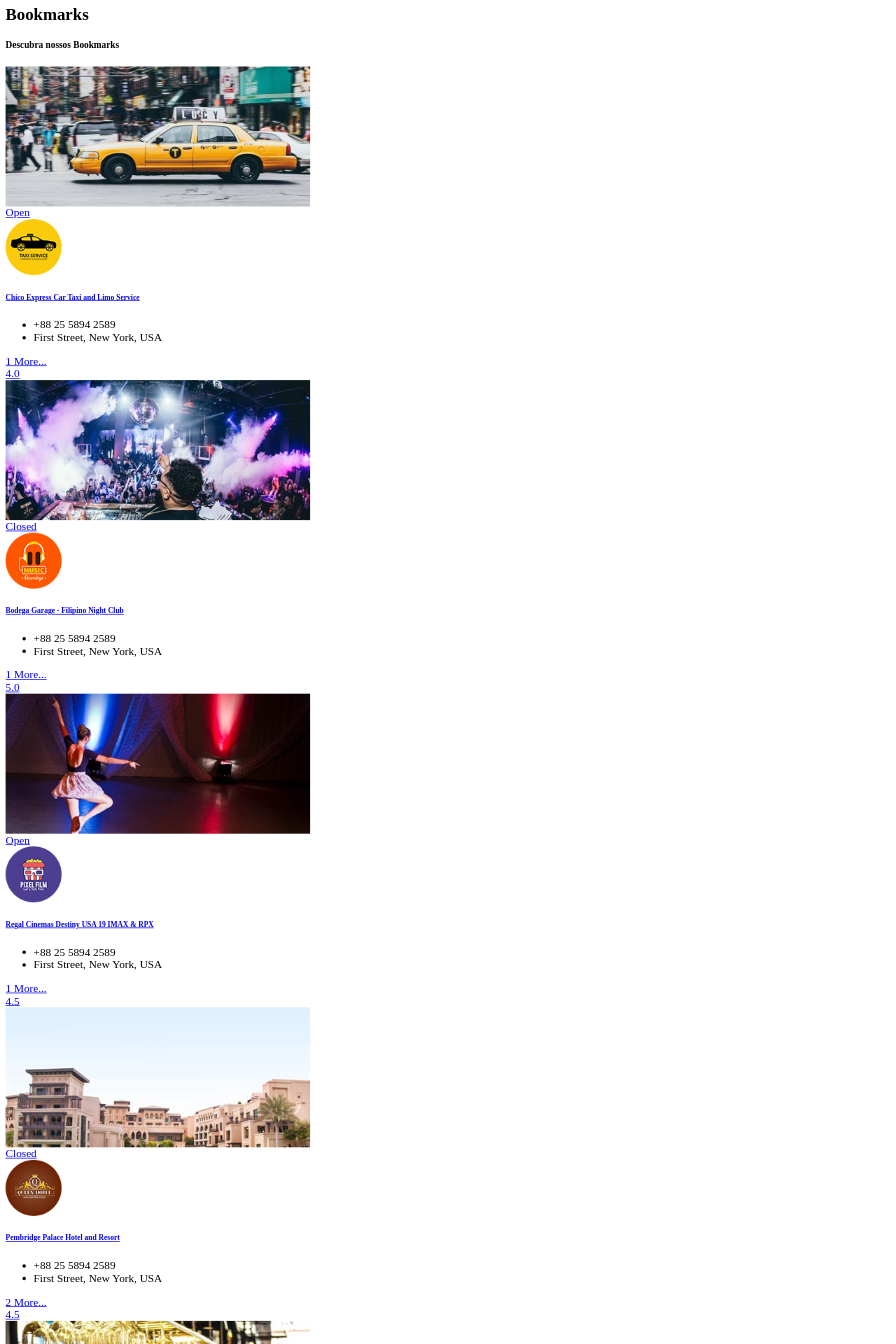
Repository: mateusfln/Finder
Page: http://localhost/tmp/plugins/Site/templates/element/bookmarkCard.php
The author's editor kept a copy of each file at every save. The page is drawn from the files as they stood at one save, then again after the next save.
The browser window is 1280 px wide. The pictures show the part of the page from y = 0 to 1920 px (the page is 2791 px tall before and 2343 px after), at 70% of full size.
The page is run by PHP 8.4 with error messages shown; the project is at /var/www/html/.

Above is the page before, as saved 2024-02-12 14:00:59.

After the next save:
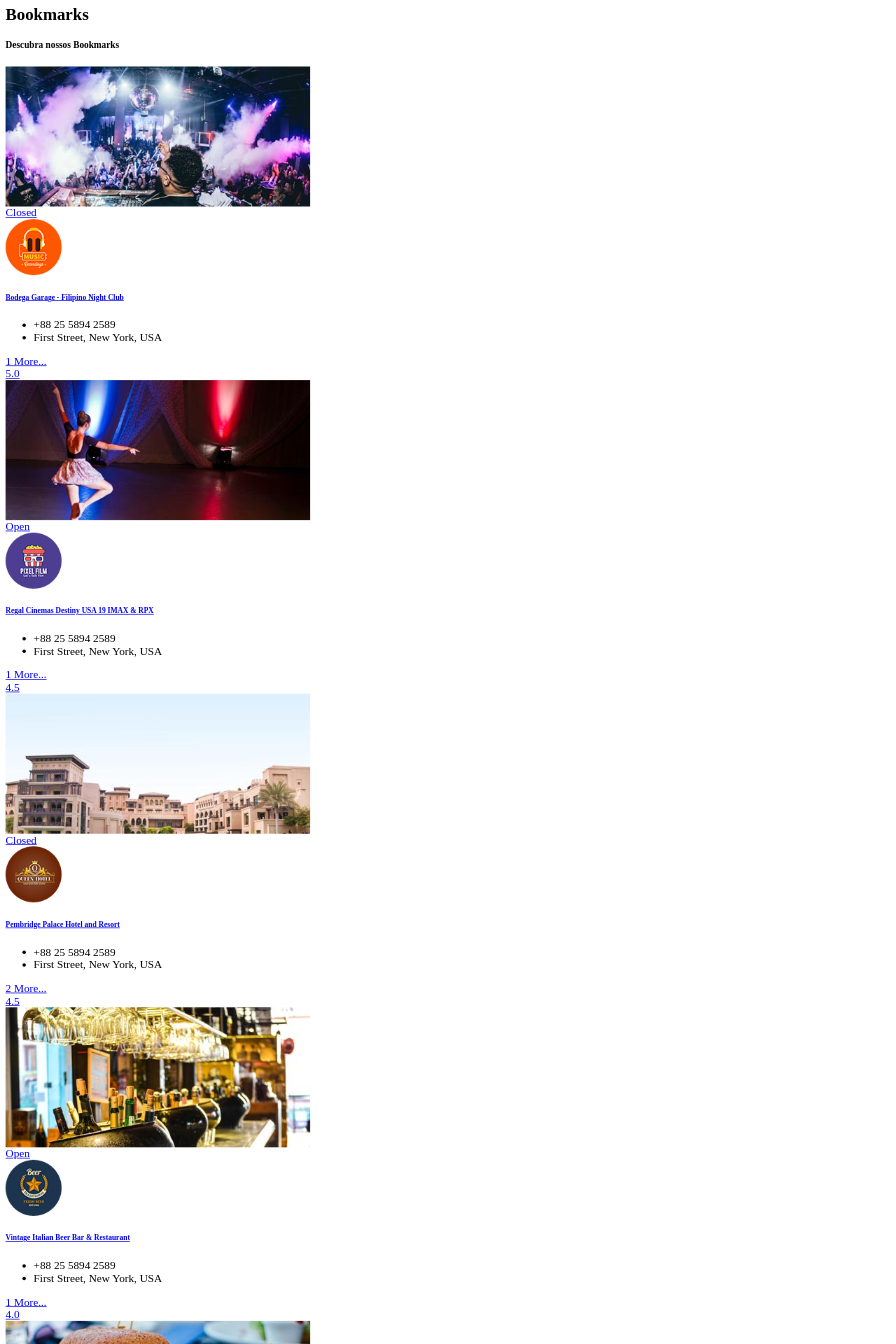
Saved 52 s later.
--- a/plugins/Site/templates/element/bookmarkCard.php
+++ b/plugins/Site/templates/element/bookmarkCard.php
@@ -13,39 +13,7 @@
             <div class="container-fluid px-0">
                 <div class="fullwidth-carousel-container center slider">
                     <div>
-                        <div class="card lis-brd-light text-center text-lg-left">
-                            <a href="#">
-                                <div class="lis-grediant grediant-tb-light2 lis-relative modImage rounded-top">
-                                    <img src="/images/img1.jpg" alt="" class="img-fluid rounded-top w-100" />
-                                </div>
-                                <div class="lis-absolute lis-right-20 lis-top-20">
-                                    <div class="lis-post-meta border border-white text-white rounded lis-f-14">Open</div>
-                                </div>
-                            </a>
-                            <div class="card-body pt-0">
-                                <div class="media d-block d-lg-flex lis-relative">
-                                    <img src="/images/card-logo.png" alt="" class="lis-mt-minus-15 img-fluid d-lg-flex mx-auto mr-lg-3 mb-4 mb-lg-0 border lis-border-width-2 rounded-circle border-white" width="80" />
-                                    <div class="media-body align-self-start mt-2">
-                                        <h6 class="mb-0 lis-font-weight-600"><A href="#" class="lis-dark">Chico Express Car Taxi and Limo Service</A></h6>
-                                    </div>
-                                </div>
-                                <ul class="list-unstyled my-4 lis-line-height-2">
-                                    <li><i class="fa fa-phone pr-2"></i> +88 25 5894 2589</li>
-                                    <li><i class="fa fa-map-o pr-2"></i> First Street, New York, USA</li>
-                                </ul>
-                                <div class="clearfix">
-                                    <div class="float-none float-lg-left mb-3 mb-lg-0 mt-1">
-                                        <A href="#" class="text-white"><i class="icofont icofont-travelling px-2 lis-bg5 py-2 lis-rounded-circle-50 lis-f-14"></i></A>
-                                        <A href="#" class="lis-id-info lis-light p-2 lis-rounded-circle-50 lis-f-14">1 More...</A>
-                                    </div>
-                                    <div class="float-none float-lg-right mt-1">
-                                        <A href="#" class="lis-light lis-f-14"><i class="fa fa-envelope-o lis-id-info  lis-rounded-circle-50 text-center"></i></A>
-                                        <A href="#" class="lis-light lis-f-14"><i class="fa fa-heart-o lis-id-info  lis-rounded-circle-50 text-center"></i></A>
-                                        <A href="#" class="lis-green-light text-white text-white p-2 lis-rounded-circle-50 lis-f-14 lis-line-height-2"><i class="fa fa-star"></i> 4.0</A>
-                                    </div>
-                                </div>
-                            </div>
-                        </div>
+
                     </div>
                     <div>
                         <div class="card lis-brd-light text-center text-lg-left">
